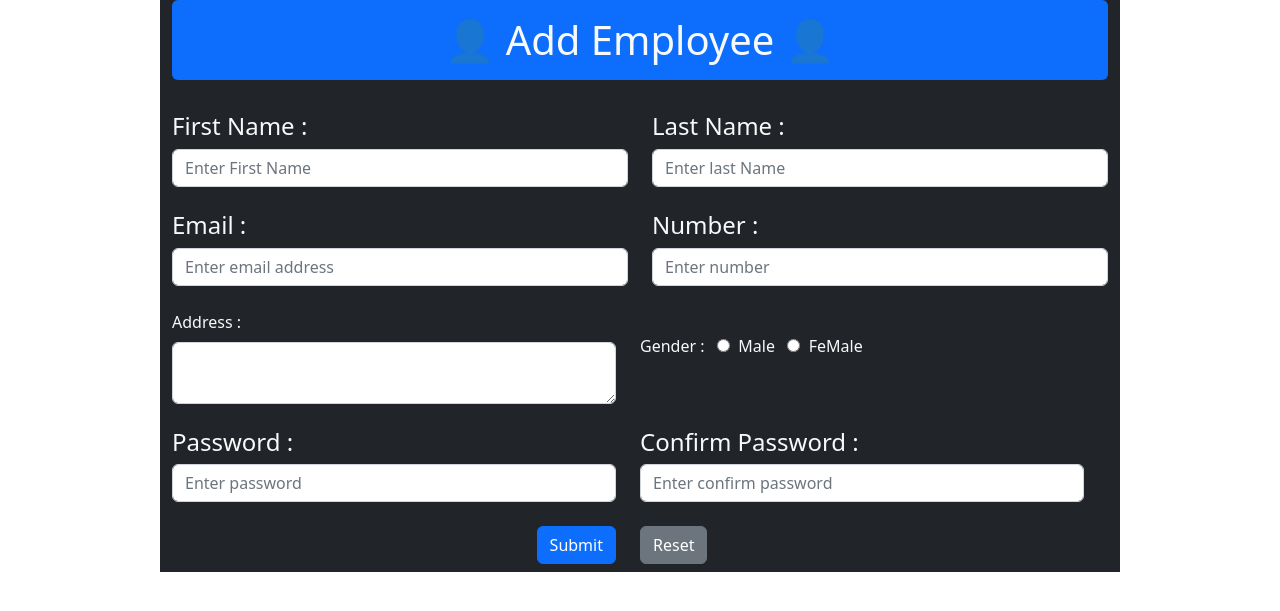
Repository: Rahulkathiriya/java-assignment-and-assesment
Page: http://localhost/web007_assesment_employee_Management_System/addEmployee.jsp
An editor plug-in stored every save of this project. The page is shown before and after the next save, followed by the edit.
The browser window is 1280 px wide. The pictures show the whole page.
The page is served by Tomcat 9.

Above is the page before, as saved 2022-11-17 15:53:10.

After the next save:
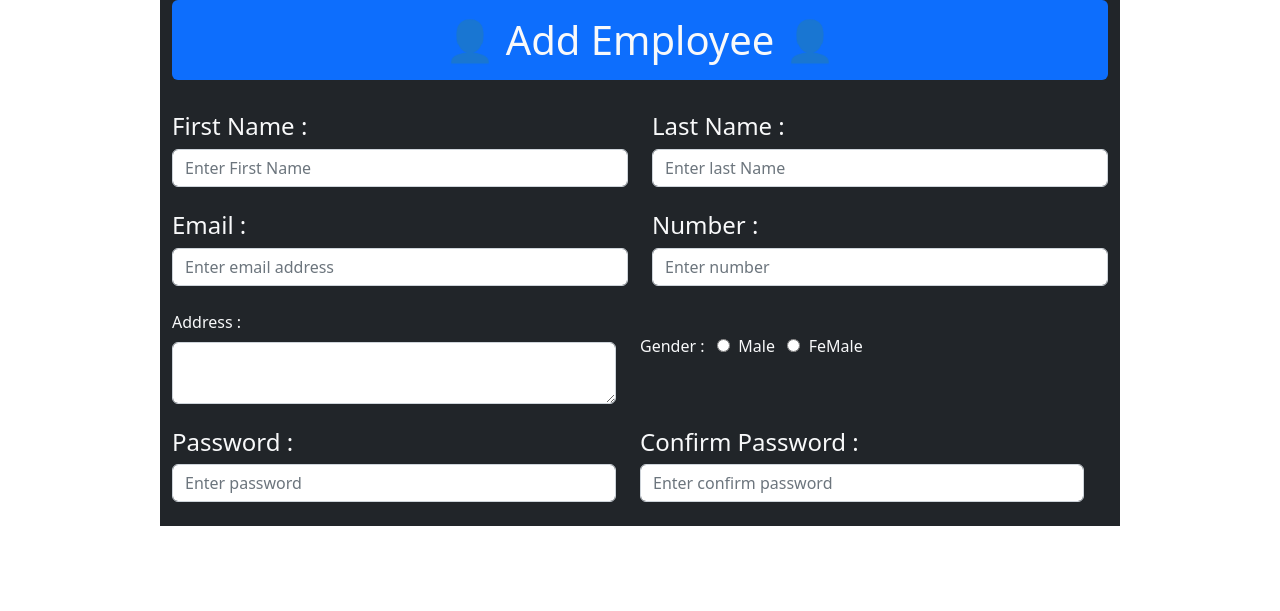
Saved 11 s later.
--- a/web007_assesment_employee_Management_System/src/main/webapp/addEmployee.jsp
+++ b/web007_assesment_employee_Management_System/src/main/webapp/addEmployee.jsp
@@ -87,11 +87,11 @@
 				</div>
 				<div class="row mt-4">
 			<div class="col col-sm-12 col-md-6 col-lg-6 text-end">
-				<a href="submit" class="h3 btn btn-primary">Submit</a>
+
 
 			</div>
 			<div class="col col-sm-12 col-md-6 col-lg-6 text-start">
-				<a href="submit" class="h3 btn btn-secondary">Reset</a>
+<!--
 			</div>
 		</div>
 		</form>
